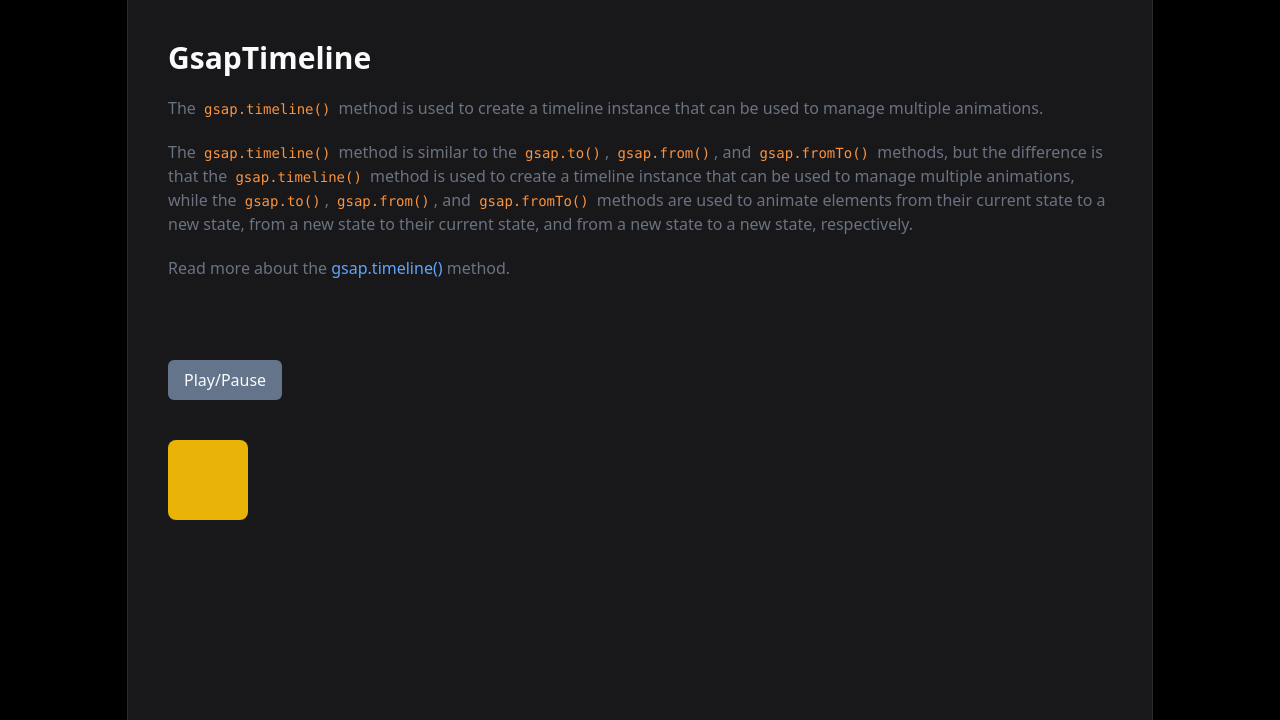
Repository: mgoyeghiaian/gsap-Starter
Page: /gsaptimeline
The author's editor kept a copy of each file at every save. The page is drawn from the files as they stood at one save, then again after a run of saves.
The browser window is 1280 px wide. The pictures show the whole page.
The project was rebuilt for these pictures with package versions that can differ from the ones it lists, and the page was loaded fresh each time. Also part of the build but not shown: vite.config.js, src/pages/Home.jsx, src/pages/GsapTo.jsx, src/pages/GsapFrom.jsx, src/pages/GsapFromTo.jsx, src/pages/GsapStagger.jsx, src/pages/GsapScrollTrigger.jsx, src/pages/GsapText.jsx.

Above is the page before, as saved 2024-03-17 23:38:11.

After the next 2 saves:
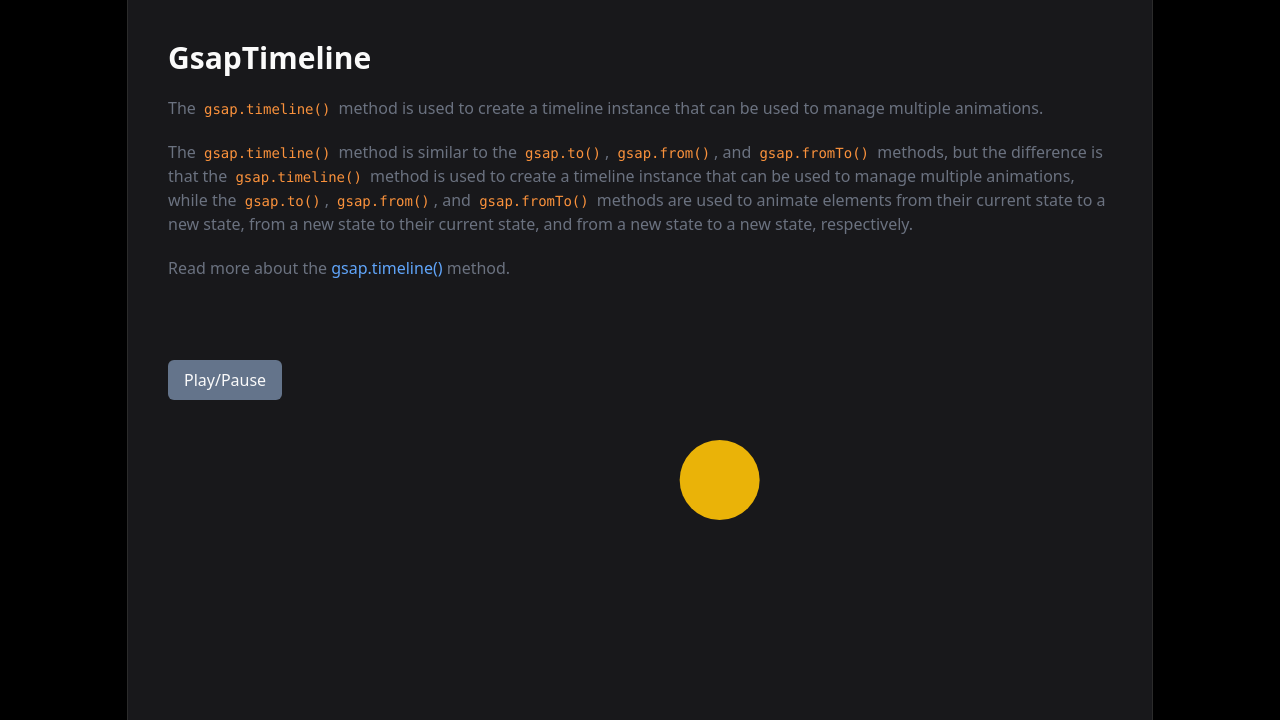
The 2 saves are shown as one change because they came seconds apart.
The last was saved 50 s later.
--- a/src/pages/GsapTimeline.jsx
+++ b/src/pages/GsapTimeline.jsx
@@ -9,6 +9,13 @@
   useGSAP(() => {
     timeline.to('#yellow-box', {
       x: 250,
+      rotation: 360,
+      borderRadius: '100%',
+      duration: 2,
+      ease: 'back.inOut',
+    })
+    timeline.to('#yellow-box', {
+      x: 500,
       rotation: 360,
       borderRadius: '100%',
       duration: 2,
